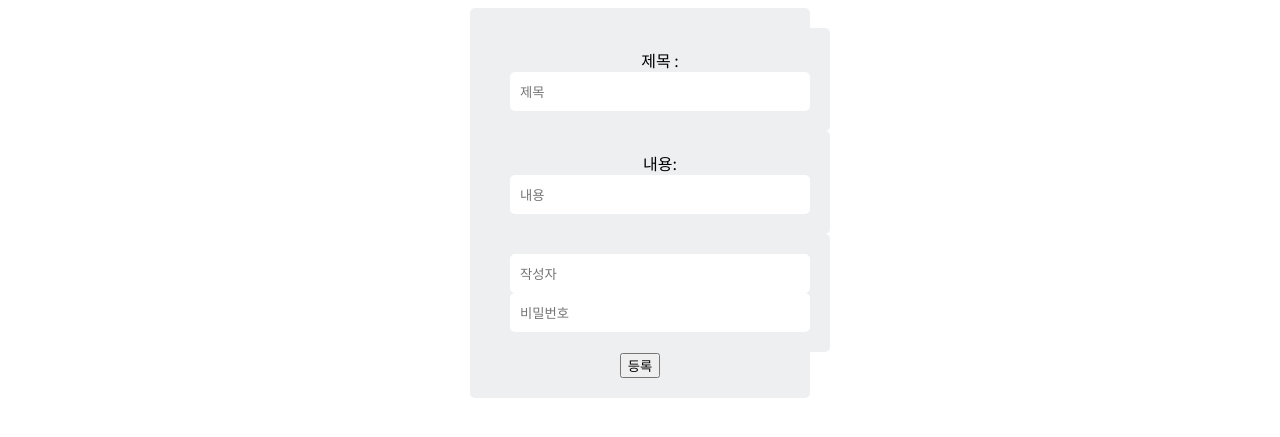
Repository: tae10/app-board-solo
Page: http://localhost/app-board/create
The author's editor kept a copy of each file at every save. The page is drawn from the files as they stood at one save, then again after the next save.
The browser window is 1280 px wide. The pictures show the whole page.
The page is served by Tomcat 9. Other server files are loaded and not shown.

Above is the page before, as saved 2023-04-10 14:20:24.

### app-board/src/main/webapp/WEB-INF/views/board/create.jsp
<%@ page language="java" contentType="text/html; charset=UTF-8"
	pageEncoding="UTF-8"%>
<%@ taglib prefix="c" uri="http://java.sun.com/jsp/jstl/core"%>
<!DOCTYPE html>
<html>
<head>
<meta charset="UTF-8">
<title>Insert title here</title>
<link rel="stylesheet" href="/resource/css/style.css?${millis }" />
</head>
<body>
	<div>
		<form action="/create-task" autocomplete="off">
			<div class="sign-form labe">
				제목 :<input type="text" name="title" placeholder="제목">
			</div>
			<div>
				내용:<input class="container" type="text" name="content" placeholder="내용" >
			</div>
			<c:if test="${empty sessionScope.logonUser }">
				<div>
					<input type="text" name="writer" placeholder="작성자">
					<input type="text" name="boardPass" placeholder="비밀번호">
				</div>
			</c:if>
			<button id="btn-dark" type="submit">등록</button>
		</form>
	</div>
</body>
</html>

### app-board/src/main/java/controller/CreateController.java
package controller;

import java.io.IOException;

import javax.servlet.ServletException;
import javax.servlet.annotation.WebServlet;
import javax.servlet.http.HttpServlet;
import javax.servlet.http.HttpServletRequest;
import javax.servlet.http.HttpServletResponse;

@WebServlet("/create")
public class CreateController extends HttpServlet{

	@Override
	protected void service(HttpServletRequest req, HttpServletResponse resp) throws ServletException, IOException {



		req.getRequestDispatcher("/WEB-INF/views/board/create.jsp").forward(req, resp);
	}

}

### app-board/src/main/webapp/resource/css/style.css
@import url('https://fonts.googleapis.com/css2?family=Noto+Sans+KR:wght@100;300;400;500;700;900&display=swap');

        * {
            font-family: 'Noto Sans KR', sans-serif;
        }

        body {
            background-color: #0000;
        }

        div {
            margin: auto;
            width: 300px;
            background-color: #EEEFF1;
            border-radius: 5px;
            text-align: center;
            padding: 20px;
        }

        input {
            width: 100%;
            padding: 10px;
            box-sizing: border-box;
            border-radius: 5px;
            border: none;
        }

        .in {
            margin-bottom: 10px;
        }

        #btn {
            background-color: #1BBC9B;
            margin-bottom: 30px;
            color: white;
        }

        a {
            text-decoration: none;
            color: #9B9B9B;
            font-size: 12px;
        }

After the next save:
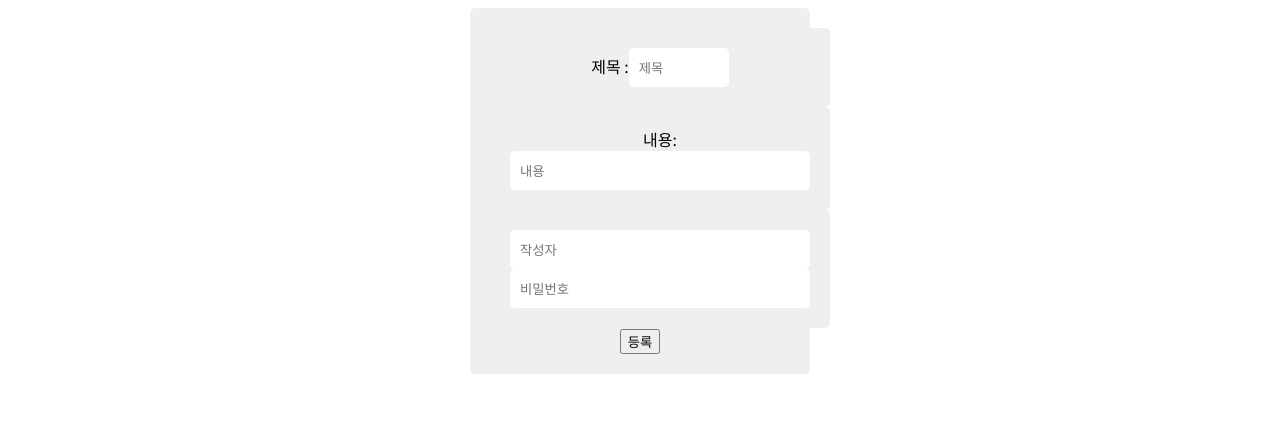
Saved 84 s later.
--- a/app-board/src/main/webapp/WEB-INF/views/board/create.jsp
+++ b/app-board/src/main/webapp/WEB-INF/views/board/create.jsp
@@ -12,7 +12,7 @@
 	<div>
 		<form action="/create-task" autocomplete="off">
 			<div class="sign-form labe">
-				제목 :<input type="text" name="title" placeholder="제목">
+				제목 :<input style="width: 100px" type="text" name="title" placeholder="제목">
 			</div>
 			<div>
 				내용:<input class="container" type="text" name="content" placeholder="내용" >
